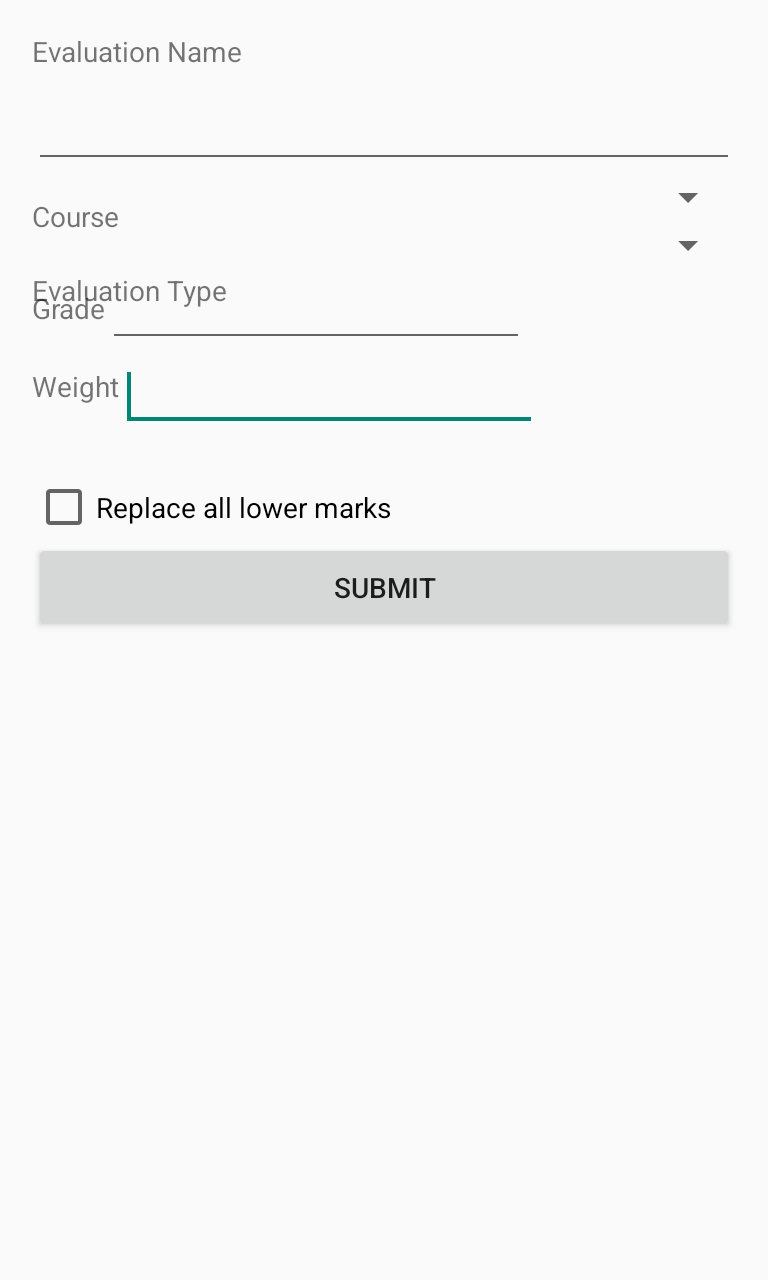
Repository: Tenergy05/GradePlanner
Layout: GradePlanner/res/layout/activity_add_mark.xml
The author's editor kept a copy of each file at every save. The layout is drawn from the files as they stood at one save, then again after the next save.
It is drawn on a 768 x 1280 px phone screen (xhdpi) without system bars, with theme AppTheme; the app's code is not run.

Above is the layout before, as saved 2014-12-30 21:39:51.

After the next save:
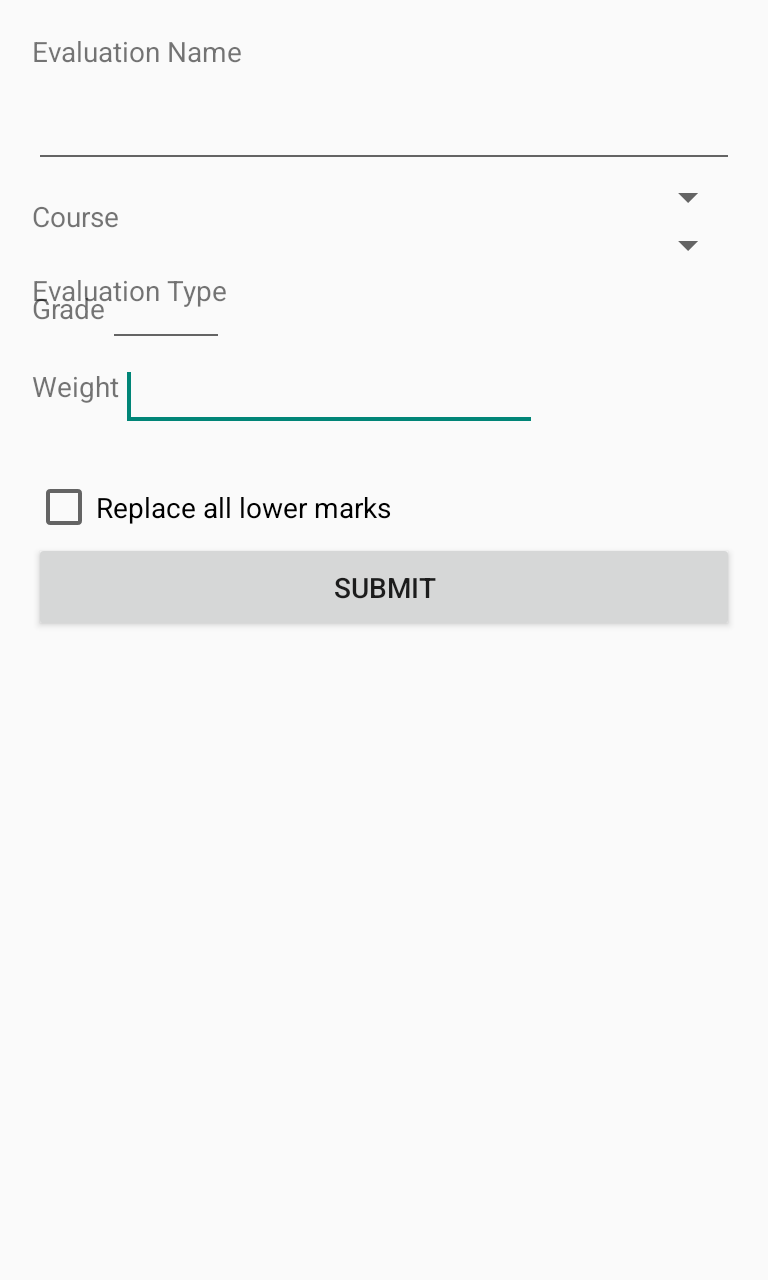
Saved 4 min 26 s later.
--- a/GradePlanner/res/layout/activity_add_mark.xml
+++ b/GradePlanner/res/layout/activity_add_mark.xml
@@ -70,11 +70,13 @@
 
     <EditText
         android:id="@+id/editText2"
+        android:width="60dp"
         android:layout_width="wrap_content"
         android:layout_height="wrap_content"
         android:layout_toRightOf="@+id/textView4"
         android:layout_below="@+id/spinner2"
         android:ems="10"
+        android:maxLength="3"
         android:inputType="number" />
 
     <TextView
